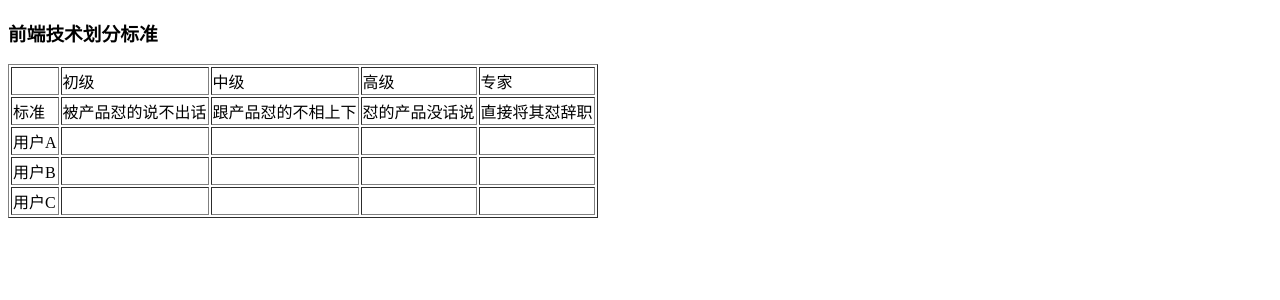
Repository: fixbb/workspace
Page: 006简单表格制作/index.html
An editor plug-in stored every save of this project. The page is shown before and after the next save, followed by the edit.
The browser window is 1280 px wide. The pictures show the whole page.

Above is the page before, as saved 2021-08-23 15:59:45.

After the next save:
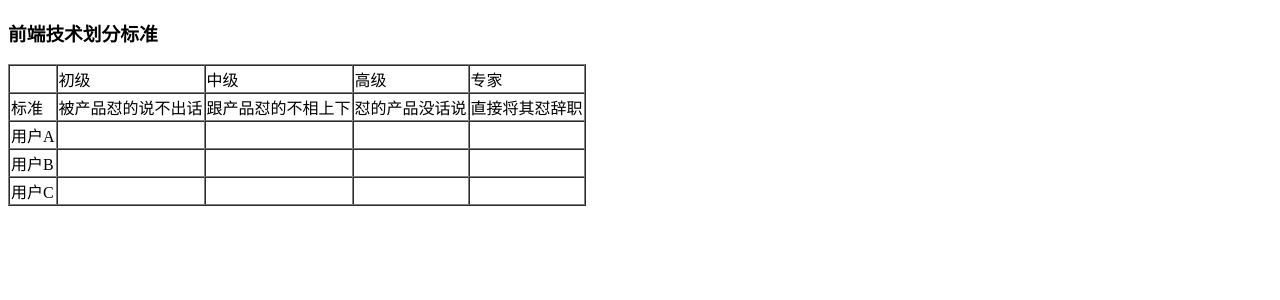
Saved 3 min 20 s later.
--- a/006简单表格制作/index.html
+++ b/006简单表格制作/index.html
@@ -8,7 +8,8 @@
 </head>
 <body>
     <h3>前端技术划分标准</h3>
-    <table border="1">
+    <!-- cellspacing表示单元格间隙 -->
+    <table border="1" cellspacing="0">
         <tr>
             <td></td>
             <td>初级</td>
